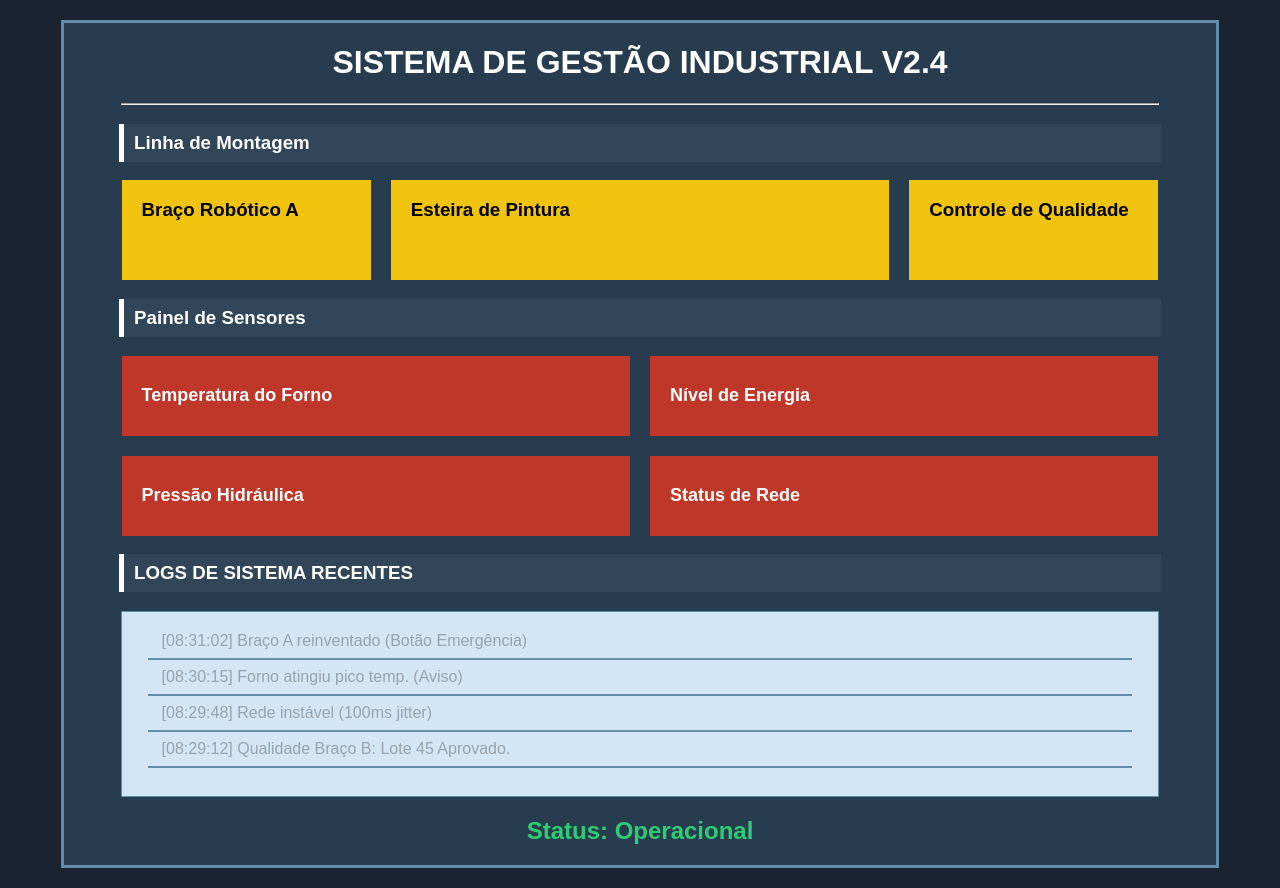
Repository: DanielEDapper/Front-WEG
Page: ProfeIgor/Aula5 - Dashboard Industrial/index.html
The author's editor kept a copy of each file at every save. The page is drawn from the files as they stood at one save, then again after the next save.
The browser window is 1280 px wide. The pictures show the whole page.
Some icons come from a web library that is not loaded, so they are not drawn.

Above is the page before, as saved 2026-05-29 20:10:20.

### ProfeIgor/Aula5 - Dashboard Industrial/index.html
<!DOCTYPE html>
<html lang="en">
<head>
    <meta charset="UTF-8">
    <meta name="viewport" content="width=device-width, initial-scale=1.0">
    <link rel="stylesheet" href="style.css">
    <link rel='stylesheet' href='https://cdn-uicons.flaticon.com/4.0.0/uicons-bold-straight/css/uicons-bold-straight.css'>
    <title>Sistema de gestão Industrial</title>
</head>
<body>
    <div id="wrapper">
        <div id="header">
            <h1>SISTEMA DE GESTÃO INDUSTRIAL V2.4</h1>
        </div>
        <hr>
        <div id="main">
            <div class="container-main">

                <div class="titulo-sessao">
                    <h3>Linha de Montagem</h3>
                </div>
                <div class="container-montagem">
                    <div class="card">
                        <h3>Braço Robótico A</h3>
                        <i class="fi fi-bs-thumbtack"></i>
                    </div>
                    <div class="card">
                        <h3>Esteira de Pintura</h3>
                        <i class="fi fi-bs-arrow-right"></i>
                    </div>
                    <div class="card">
                        <h3>Controle de Qualidade</h3>
                        <i class="fi fi-bs-medal"></i>
                    </div>
                </div>


                <div class="titulo-sessao">
                    <h3>Painel de Sensores</h3>
                </div>
                <div class="container-sensores">
                    <div class="card-sensores">
                        <h3>Temperatura do Forno</h3>
                        <i class="fi fi-bs-temperature-high"></i>
                    </div>
                    <div class="card-sensores">
                        <h3>Nível de Energia</h3>
                        <i class="fi fi-bs-battery-half"></i>
                    </div>
                    <div class="card-sensores">
                        <h3>Pressão Hidráulica</h3>
                        <i class="fi fi-bs-dashboard"></i>
                    </div>
                    <div class="card-sensores">
                        <h3>Status de Rede</h3>
                        <i class="fi fi-bs-workflow-setting-alt"></i>
                    </div>
                </div>


                <div class="titulo-sessao">
                    <h3>LOGS DE SISTEMA RECENTES</h3>
                </div>
                <div class="container-logs">
                    <p>[08:31:02] Braço A reinventado (Botão Emergência)</p>
                    <hr>
                    <p>[08:30:15] Forno atingiu pico temp. (Aviso)<p>
                    <hr>
                    <p>[08:29:48] Rede instável (100ms jitter)</p>
                    <hr>
                    <p>[08:29:12] Qualidade Braço B: Lote 45 Aprovado.</p>
                    <hr>
                </div>
            </div>
        </div>
        <div id="footer">
            <h2>Status: Operacional</h2>
        </div>
    </div>
</body>
</html>

### ProfeIgor/Aula5 - Dashboard Industrial/style.css
:root{
    --bg-dark: #192332;
    --bg-main: #283C50;
    --bg-panel: #32465A;

    --warning: #F0C30F;
    --danger: #BE3728;
    --success: #2ECC71;

    --log-bg: #D2E6F5;

    --text: #FFFFFF;
    --text-secondary: #99A3AB;

    --accent-blue: #638CAB;
}

body{
    margin: 0;
    padding: 0;
    background-color: var(--bg-dark);
}

#wrapper{
    font-family: Arial, Helvetica, sans-serif;
    height: 90%;
    width: 90%;
    background-color: var(--bg-main);
    border: 3px solid var(--accent-blue);
    margin: 20px;
    justify-self: center;
}

#header{
    color: var(--text);
    text-align: center;
}

hr{
    width: 90%;
    font-weight: 400;
}

.titulo-sessao{
    background-color: var(--bg-panel);
    color: var(--text);
    width: 90%;
    justify-self: center;
    border-left: 5px solid var(--text);
}

.titulo-sessao h3{
    padding: 8px 0px 8px 10px;
}

.container-montagem{
    display: flex;
    width: 90%;
    justify-self: center;
    flex-basis: 400;
    height: 100px;
    justify-content: space-around;
    gap: 20px;
}

.card{
    background-color: var(--warning);
}

.card h3{
    padding: 0px 0px 0px 20px;
}

.card i{
    display: flex;
    justify-self: center;
}

.card:nth-child(1){
    width: 25%;
}

.card:nth-child(2){
    width: 50%;
}

.card:nth-child(2) i{
    display: flex;
    padding: 0px 20px 0px 0px;
    justify-self: end;
}

.card:nth-child(3){
    width: 25%;
}

.container-sensores{
    width: 90%;
    display: grid;
    grid-template-columns: 1fr 1fr;
    gap: 20px;
    justify-self: center;
}

.card-sensores{
    background-color: var(--danger);
    color: var(--text);
    height: 80px;
    display: flex;
    justify-content: space-between;
    align-items: center;
    padding: 0 20px;
    box-sizing: border-box;
}

.card-sensores h3{
    font-size: 18px;
}

.card-sensores i{
    font-size: 24px;
}

.container-logs{
    background-color: var(--log-bg);
    width: 90%;
    justify-self: center;
    padding: 20px 0px;
    border: 1px solid var(--accent-blue);
}

.container-logs p {
    margin: 0px 0px 0px 40px;
    color: var(--text-secondary);
}

.container-logs hr{
    width: 95%;
    border: none;
    height: 2px;
    background-color: var(--accent-blue);
}

#footer{
    justify-self: center;
    color: var(--success)
}

After the next save:
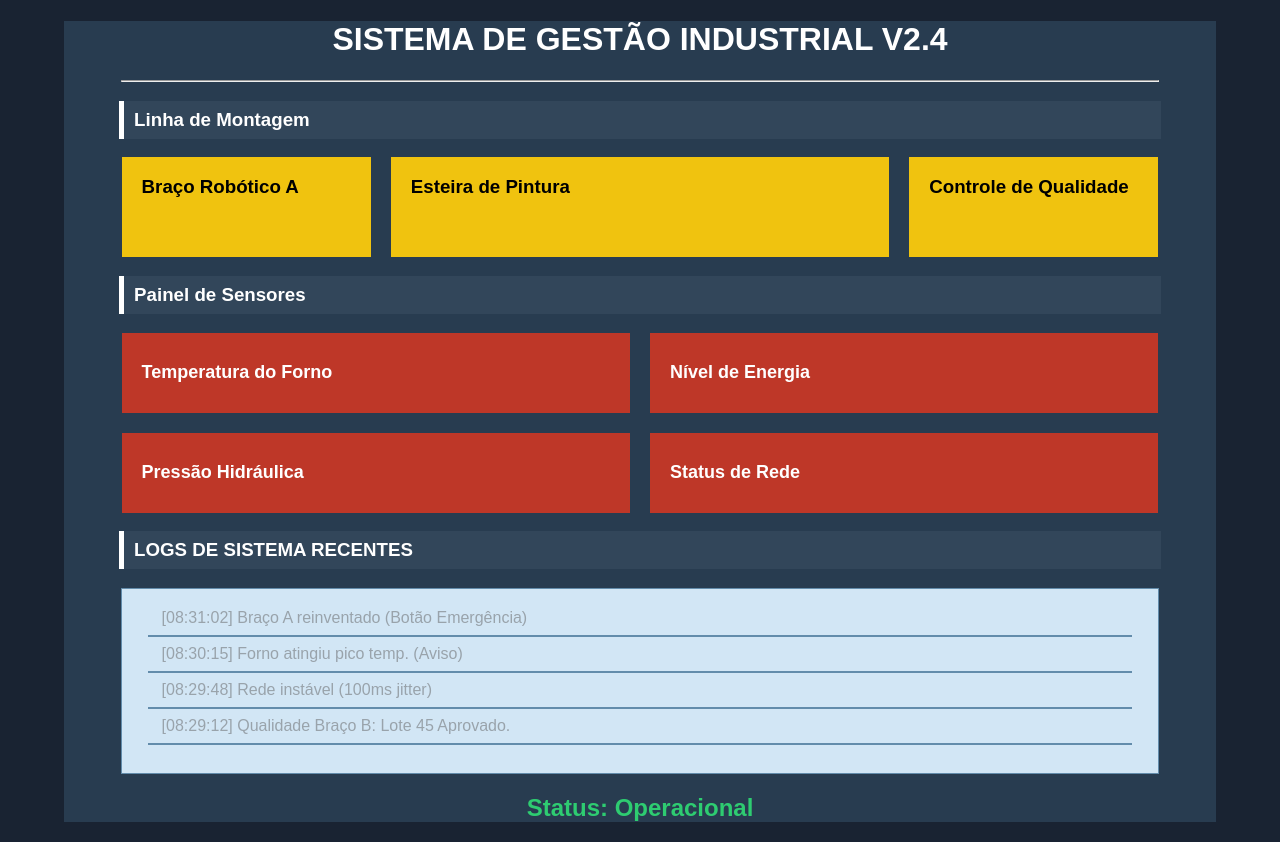
Saved 7 s later.
--- a/ProfeIgor/Aula5 - Dashboard Industrial/style.css
+++ b/ProfeIgor/Aula5 - Dashboard Industrial/style.css
@@ -26,7 +26,7 @@
     height: 90%;
     width: 90%;
     background-color: var(--bg-main);
-    border: 3px solid var(--accent-blue);
+    border: 3px solid var(-);
     margin: 20px;
     justify-self: center;
 }

After the save that followed:
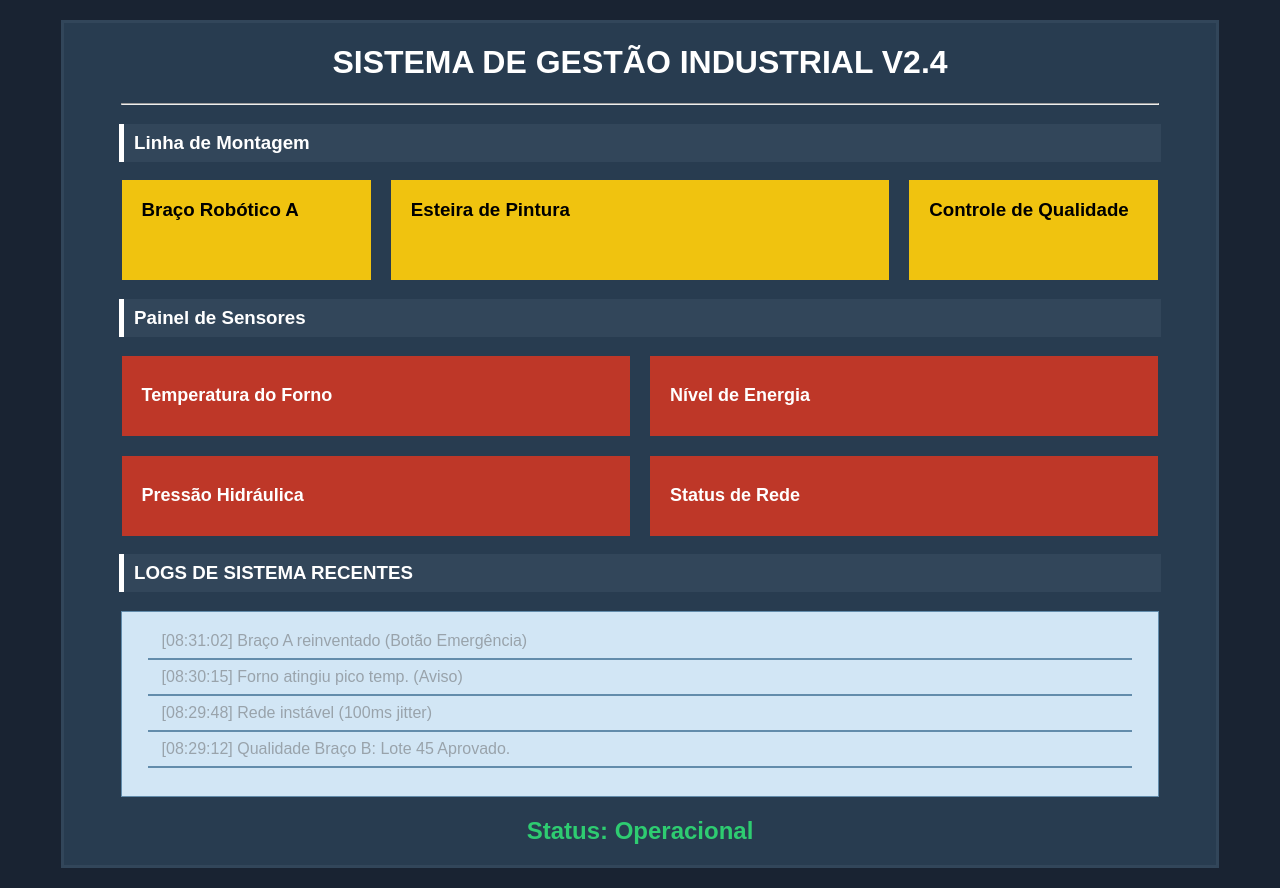
Saved 6 s later.
--- a/ProfeIgor/Aula5 - Dashboard Industrial/style.css
+++ b/ProfeIgor/Aula5 - Dashboard Industrial/style.css
@@ -26,7 +26,7 @@
     height: 90%;
     width: 90%;
     background-color: var(--bg-main);
-    border: 3px solid var(-);
+    border: 3px solid var(--bg-panel);
     margin: 20px;
     justify-self: center;
 }
